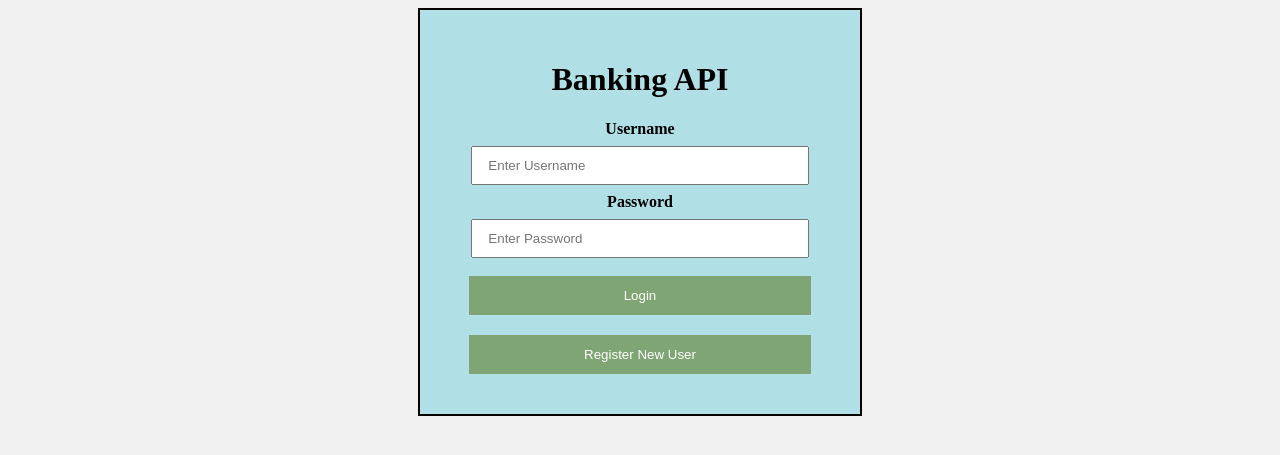
Repository: kennyufish/Revature_ROCP1_Project_Banking_API
Page: banking_api/src/main/webapp/index.html
An editor plug-in stored every save of this project. The page is shown before and after the next save, followed by the edit.
The browser window is 1280 px wide. The pictures show the whole page.

Above is the page before, as saved 2020-10-10 04:54:51.

### banking_api/src/main/webapp/index.html
<!DOCTYPE html>
<html>
<head>
<meta charset="ISO-8859-1">
<title>Banking API Login</title>
<style>
.topNoticeGreen {
	color: black;
	background-color: green;
	width: 100%;
	padding: 20px;
	text-align: center;
}

.loginLayout {
	background-color: powderblue;
	border: 2px solid black;
	padding: 30px;
	width: 30%;
	margin: 0 auto;
}
input[type=text],input[type=password]{
	width:80%;
	padding:10px 15px;
	margin:8px 0;
	display:inline-block;
	boxing-sizing:border-box;
}

button{
	background-color:#7FA574;
	color:white;
	padding: 12px 10px;
	margin: 10px 0;
	border:none;
	cursor:pointer;
	width:90%;
}


</style>
</head>
<body style="background-color: #f1f1f1">
	<div align="center" class="loginLayout">
		<h1>Banking API</h1>
		<form action="loginUser" method='post'>
			<label for="username"><b>Username</b></label>
			<input type="text" name="username" placeholder="Enter Username" required>
			<label for="password"><b>Password</b></label>
			<input type="password" name="password" placeholder="Enter Password" required>
		 <button type="submit">Login</button>
		</form>

		<form action="registerNewUser">
			<button>Register New User</button>
		</form>
	</div>
</body>
</html>

After the next save:
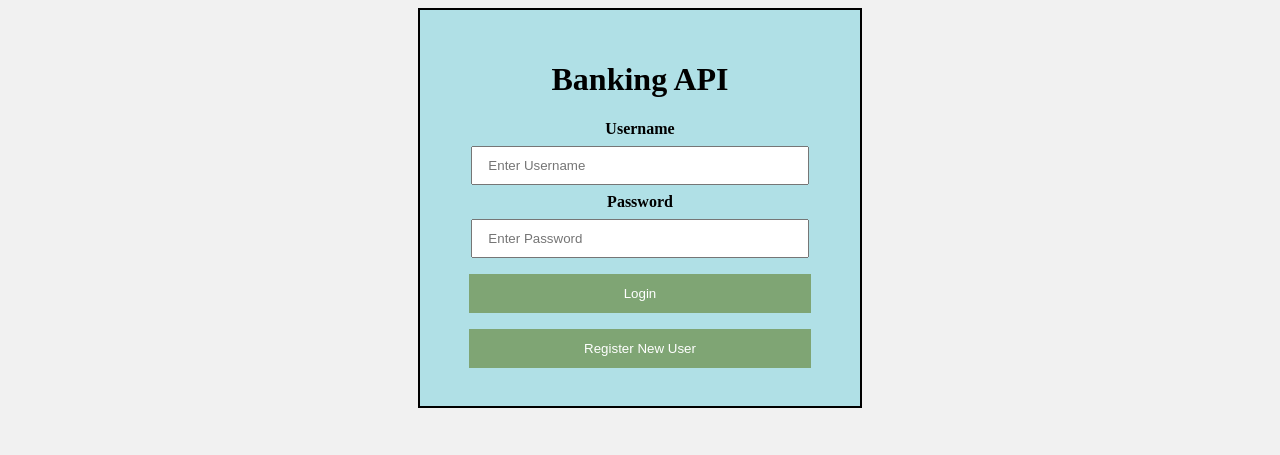
Saved 7 s later.
--- a/banking_api/src/main/webapp/index.html
+++ b/banking_api/src/main/webapp/index.html
@@ -31,7 +31,7 @@ button{
 	background-color:#7FA574;
 	color:white;
 	padding: 12px 10px;
-	margin: 10px 0;
+	margin: 8px 0;
 	border:none;
 	cursor:pointer;
 	width:90%;
